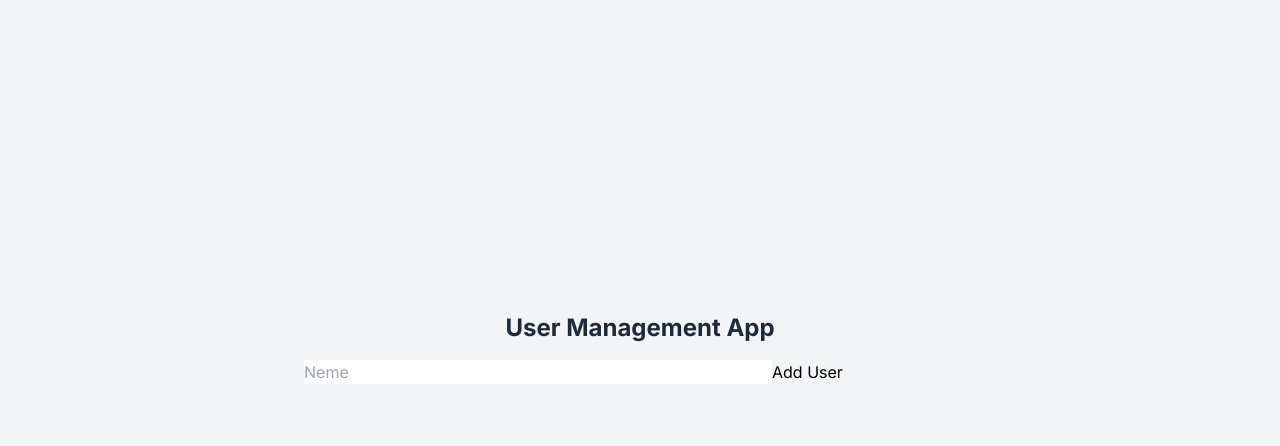
Repository: satoshi-create/next-express
Page: / (app in frontend/)
These files come from the project's save history. The page is drawn as it stood at one moment and after the next save; the edit follows.
The browser window is 1280 px wide. The pictures show the whole page.
The page's requests for data from a server got no answer. The project was rebuilt for these pictures with package versions that can differ from the ones it lists, and the page was loaded fresh each time. The framework's server and built-in components were replaced by stand-ins that run in the browser. No one was signed in, and anything a server would have sent is missing. Also part of the build but not shown: frontend/next.config.js, frontend/next.config.mjs, frontend/app/ui/CardComponent.tsx.

Above is the page before, as saved 2024-02-12 23:19:28.

### frontend/app/page.tsx
"use client";
import React, { useState, useEffect } from "react";
import CardComponent from "./ui/CardComponent";
import axios from "axios";

interface User {
  id: number;
  name: string;
  email: string;
}

const Page = () => {
  const apiUrl = process.env.NEXT_PUBLIC_API_URL || "http://localhost:4000";
  const [users, setUsers] = useState<User[]>([]);
  const [newUser, setNewUser] = useState({ name: "", email: "" });
  const [updateUser, setUpdateUser] = useState({ id: "", name: "", email: "" });

  console.log(users);

  //fetch users
  useEffect(() => {
    const fetchData = async () => {
      try {
        const response = await axios.get(`${apiUrl}/users`);
        setUsers(response.data.reverse());
      } catch (error) {
        console.error("Error fetching data:", error);
      }
    };

    fetchData();
  }, []);

  //create user
  const createUser = async (e: React.FormEvent<HTMLFormElement>) => {
    e.preventDefault();
    try {
      const response = await axios.post(`${apiUrl}/users`, newUser);
      setUsers([response.data, ...users]);
      setNewUser({ name: "", email: "" });
    } catch (error) {
      console.error("Error creating user:", error);
    }
  };

  //delete user
  const deleteUser = async (userId: number) => {
    try {
      await axios.delete(`${apiUrl}/users/${userId}`);
      setUsers(users.filter((user) => user.id !== userId));
    } catch (error) {
      console.error("Error deleting user:", error);
    }
  };

  return (
    <main className="flex flex-col items-center justify-center min-h-screen bg-gray-100">
      <div className="space-y-4 w-full max-w-2xl">
        <h1 className="text-2xl font-bold text-gray-800 text-center">
          User Management App
        </h1>
        {/* Create user */}
        {/* <form onSubmit={createUser} className="p-4 bg-blue-100 rounded shadow">
          <input
            placeholder="Name"
            value={newUser.name}
            onChange={(e) => setNewUser({ ...newUser, name: e.target.value })}
            className="mb-2 w-full p-2 border border-gray-300 rounded"
          />
          <input
            placeholder="Email"
            value={newUser.email}
            onChange={(e) => setNewUser({ ...newUser, email: e.target.value })}
            className="mb-2 w-full p-2 border border-gray-300 rounded"
          />
          <button
            type="submit"
            className="w-full p-2 text-white bg-blue-500 rounded hover:bg-blue-600"
          >
            Add User
          </button>
        </form> */}
        <form action="">
          <input
            placeholder="Neme"
            value={newUser.name}
            onChange={(e) => setNewUser({ ...newUser, name: e.target.value })}
            className="mb-2"
          />
          <input />
          <button>Add User</button>
        </form>
        {/* Display users */}
        <div className="space-y-2">
          {users.map((user) => {
            const { id, name, email } = user;
            return (
              <div
                key={id}
                className="flex items-center justify-between bg-white p-4 rounded-lg shadow"
              >
                <CardComponent card={user} />
                <button
                  className="bg-red-500 hover:bg-red-600 text-white py-2 px-4 rounded"
                  onClick={() => deleteUser(id)}
                >
                  Delete User
                </button>
              </div>
            );
          })}
        </div>
      </div>
    </main>
  );
};

export default Page;

### frontend/app/globals.css
@tailwind base;
@tailwind components;
@tailwind utilities;

/*
:root {
  --foreground-rgb: 0, 0, 0;
  --background-start-rgb: 214, 219, 220;
  --background-end-rgb: 255, 255, 255;
} */

body {
  color: rgb(var(--foreground-rgb));
  background: linear-gradient(
      to bottom,
      transparent,
      rgb(var(--background-end-rgb))
    )
    rgb(var(--background-start-rgb));
}

Loaded but not shown: frontend/app/layout.tsx (common file); frontend/tailwind.config.ts (common file)

After the next save:
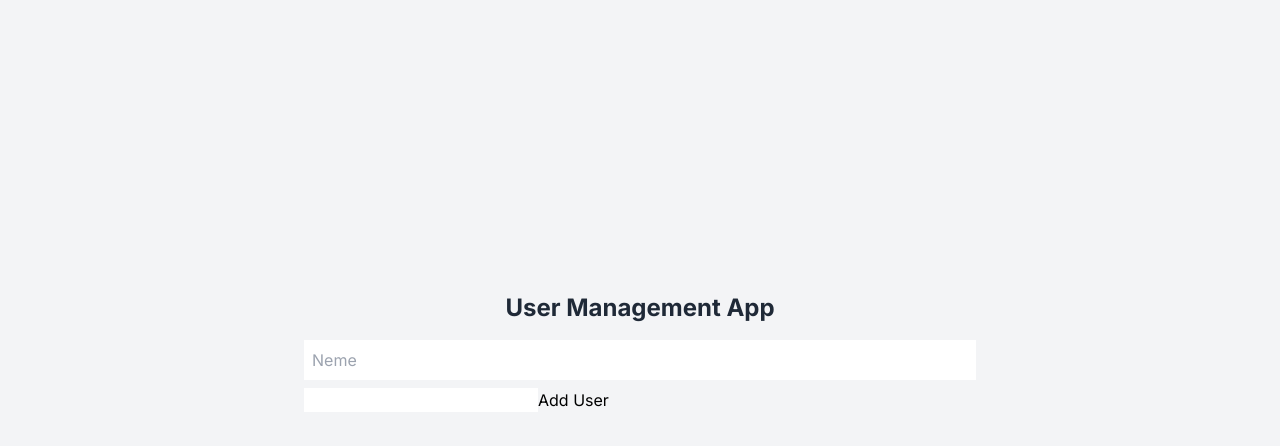
Saved 9 s later.
--- a/frontend/app/page.tsx
+++ b/frontend/app/page.tsx
@@ -85,7 +85,7 @@ const Page = () => {
             placeholder="Neme"
             value={newUser.name}
             onChange={(e) => setNewUser({ ...newUser, name: e.target.value })}
-            className="mb-2"
+            className="mb-2 w-full p-2 "
           />
           <input />
           <button>Add User</button>
